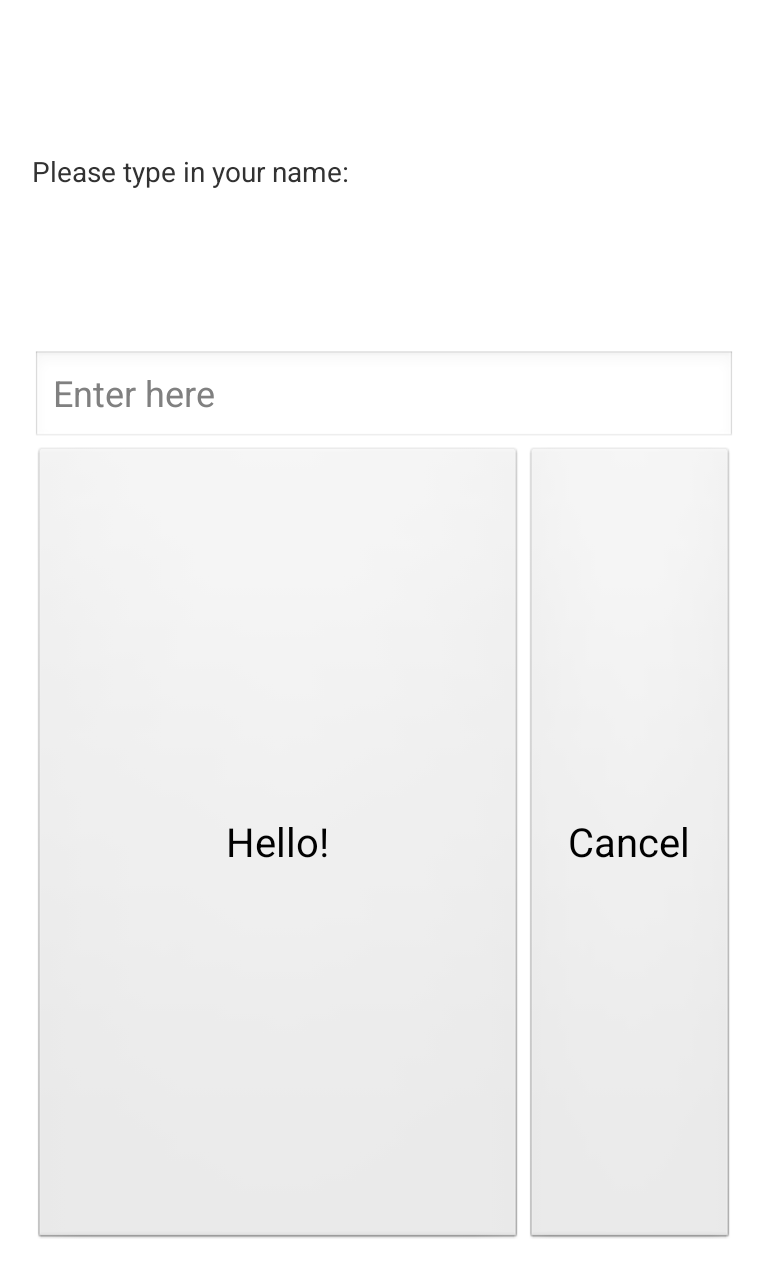
Repository: echolomaniac/HelloWorld
Layout: HelloWorld/res/layout/fragment_main.xml
An editor plug-in stored every save of this project. The layout is shown before and after the next save, followed by the edit.
It is drawn on a 768 x 1280 px phone screen (xhdpi) without system bars, with theme android:Theme.Light.NoTitleBar; the app's code is not run.

Above is the layout before, as saved 2014-05-06 06:52:53.

### HelloWorld/res/layout/fragment_main.xml
<RelativeLayout xmlns:android="http://schemas.android.com/apk/res/android"
    xmlns:tools="http://schemas.android.com/tools"
    android:layout_width="match_parent"
    android:layout_height="match_parent"
    android:paddingBottom="@dimen/activity_vertical_margin"
    android:paddingLeft="@dimen/activity_horizontal_margin"
    android:paddingRight="@dimen/activity_horizontal_margin"
    android:paddingTop="@dimen/activity_vertical_margin"
    tools:context="com.example.helloworld.MainActivity$PlaceholderFragment" >

    <LinearLayout
        android:id="@+id/linearLayout1"
        android:layout_width="fill_parent"
        android:layout_height="fill_parent"
        android:layout_alignParentLeft="true"
        android:orientation="vertical" >

        <TextView
            android:id="@+id/textView1"
            android:layout_width="wrap_content"
            android:layout_height="wrap_content"
            android:layout_marginTop="60dp"
            android:text="@string/enter_name" />

        <EditText
            android:id="@+id/nameEditText"
            android:layout_width="match_parent"
            android:layout_height="wrap_content"
            android:layout_marginTop="80dp"
            android:ems="10"
            android:hint="@string/hint_enter_name" />

        <LinearLayout
            android:layout_width="fill_parent"
            android:layout_height="0dp"
            android:layout_weight="0.01" >

            <Button
                android:id="@+id/button1"
                android:layout_width="0dp"
                android:layout_weight="0.7"
                android:layout_height="match_parent"
                android:text="@string/hello_button"
                android:textSize="20sp"
                android:onClick="onHelloPressed"/>

            <Button
                android:id="@+id/button2"
                android:layout_width="0dp"
                android:layout_weight = "0.3"
                android:layout_height="match_parent"
                android:text="@string/button_cancel"
                android:textSize="20sp" />

        </LinearLayout>

    </LinearLayout>

</RelativeLayout>

### HelloWorld/res/values/strings.xml
<?xml version="1.0" encoding="utf-8"?>
<resources>

    <string name="app_name">HelloWorld</string>
    <string name="hello_world">Hello world!</string>
    <string name="action_settings">Settings</string>
    <string name="enter_name">Please type in your name:</string>
    <string name="hello_button">Hello!</string>
    <string name="hint_enter_name">Enter here</string>
    <string name="button_cancel">Cancel</string>
    <string name="field_Hello">Hello!</string>
    <string name="button_exit">Exit</string>

</resources>

Loaded but not shown: HelloWorld/res/values/dimens.xml (common file); HelloWorld/res/values-w820dp/dimens.xml (common file)

After the next save:
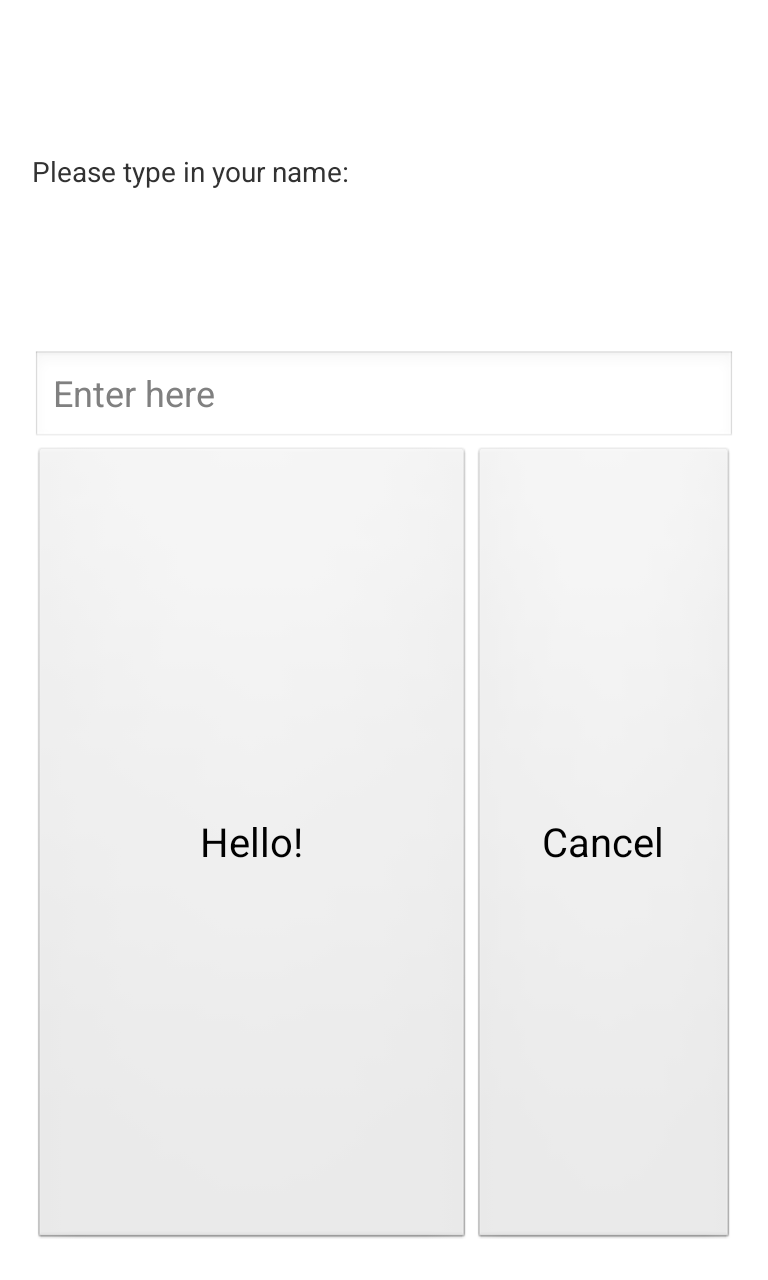
Saved 10 s later.
--- a/HelloWorld/res/layout/fragment_main.xml
+++ b/HelloWorld/res/layout/fragment_main.xml
@@ -38,7 +38,7 @@
             <Button
                 android:id="@+id/button1"
                 android:layout_width="0dp"
-                android:layout_weight="0.7"
+                android:layout_weight="0.5"
                 android:layout_height="match_parent"
                 android:text="@string/hello_button"
                 android:textSize="20sp"
